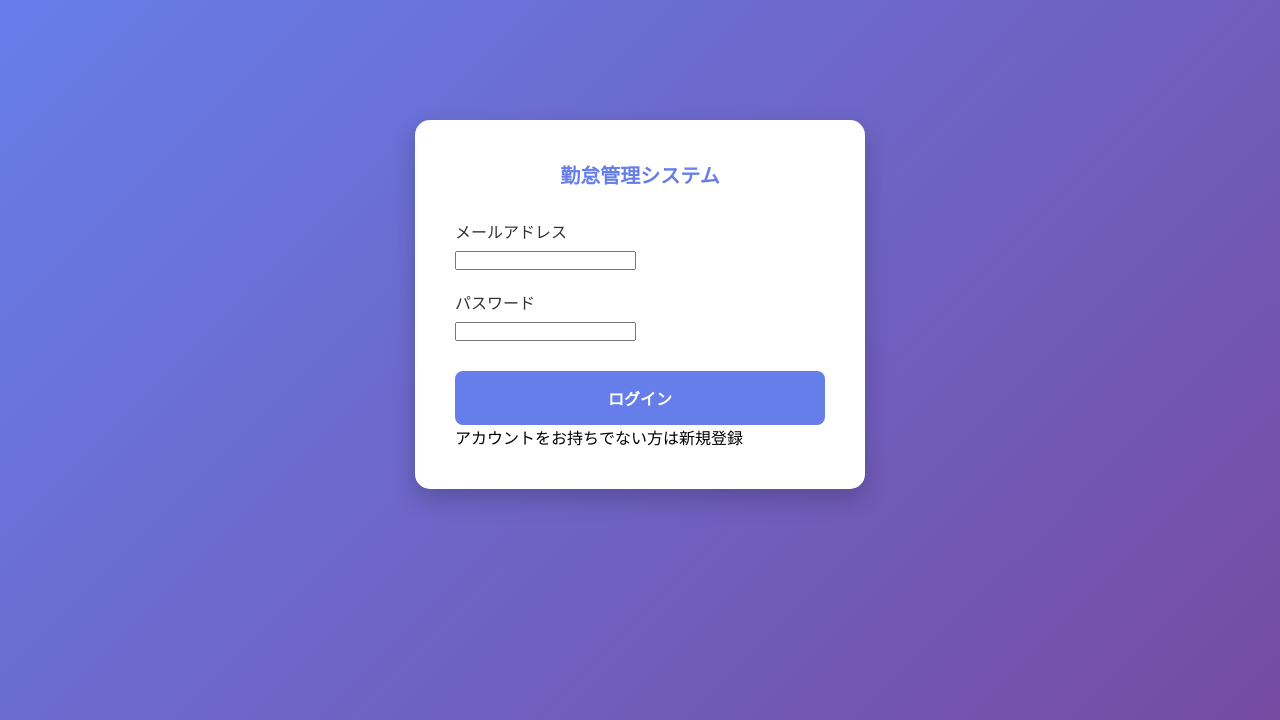
Repository: 04bit/WEB_HCJ
Page: index.html
These files come from the project's save history. The page is drawn as it stood at one moment and after the next save; the edit follows.
The browser window is 1280 px wide. The pictures show the whole page.
The pointer rests on the first visible `.btn-primary`.

Above is the page before, as saved 2025-11-25 15:26:37.

After the next save:
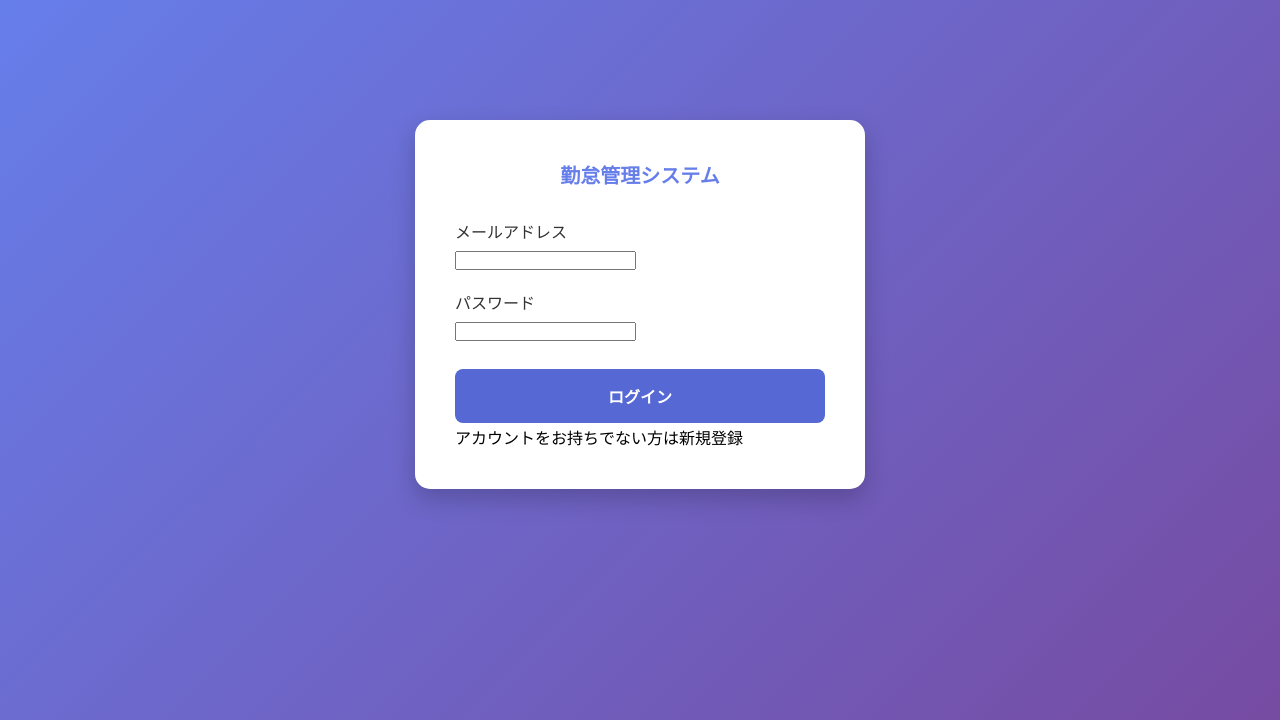
Saved 74 s later.
--- a/style.css
+++ b/style.css
@@ -56,3 +56,8 @@ body {
     background: #667eea;
     color: white;
 }
+
+.btn-primary:hover {
+    background: #5568d3;
+    transform: translateY(-2px);
+}
